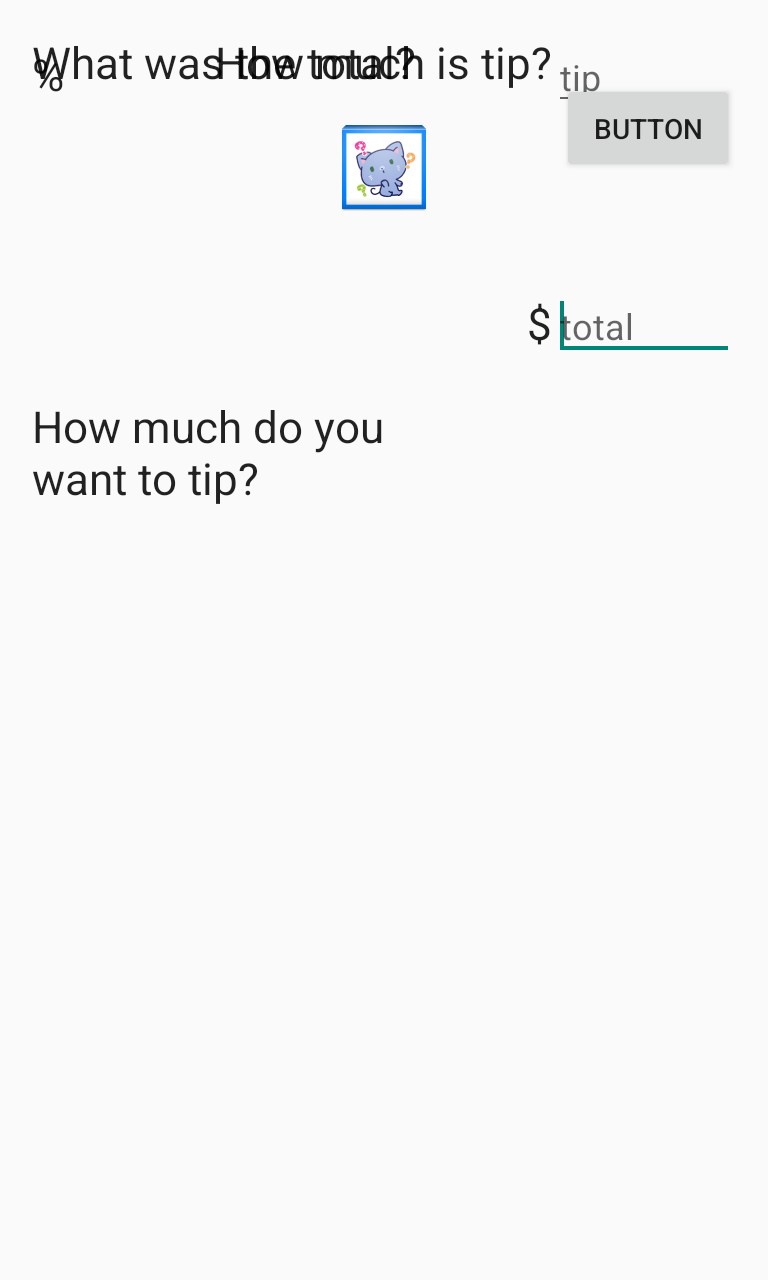
Repository: any027/BillHelper
Layout: BillHelper/res/layout/how_much_tip.xml
An editor plug-in stored every save of this project. The layout is shown before and after the next save, followed by the edit.
It is drawn on a 768 x 1280 px phone screen (xhdpi) without system bars, with theme AppTheme; the app's code is not run.

Above is the layout before, as saved 2015-06-29 09:05:40.

### BillHelper/res/layout/how_much_tip.xml

<RelativeLayout xmlns:android="http://schemas.android.com/apk/res/android"
    xmlns:tools="http://schemas.android.com/tools"
    android:layout_width="match_parent"
    android:layout_height="match_parent"
    android:paddingBottom="@dimen/activity_vertical_margin"
    android:paddingLeft="@dimen/activity_horizontal_margin"
    android:paddingRight="@dimen/activity_horizontal_margin"
    android:paddingTop="@dimen/activity_vertical_margin"
    tools:context="com.example.billhelper.MainActivity$PlaceholderFragment" >

    <TextView
        android:id="@+id/howMuchTitle"
        android:layout_width="wrap_content"
        android:layout_height="wrap_content"
        android:layout_centerHorizontal="true"
        android:text="@string/do_i_tip"
        android:textAppearance="?android:attr/textAppearanceLarge" />

    <ImageView
        android:id="@+id/how_much_pic"
        android:layout_width="wrap_content"
        android:layout_height="wrap_content"
        android:layout_below="@+id/howMuchTitle"
        android:layout_centerHorizontal="true"
        android:layout_marginTop="14dp"
        android:src="@drawable/how_much_tip" />

    <EditText
        android:id="@+id/how_much_total"
        android:layout_width="wrap_content"
        android:layout_height="wrap_content"
        android:layout_below="@+id/how_much_pic"
        android:layout_marginTop="33dp"
        android:layout_toRightOf="@+id/howMuchTitle"
        android:ems="10"
        android:hint="total"
        android:inputType="numberDecimal" >

        <requestFocus />
    </EditText>

    <TextView
        android:id="@+id/dollarSign"
        android:layout_width="wrap_content"
        android:layout_height="wrap_content"
        android:layout_alignBaseline="@+id/how_much_total"
        android:layout_alignBottom="@+id/how_much_total"
        android:layout_toLeftOf="@+id/how_much_total"
        android:text="$"
        android:textAppearance="?android:attr/textAppearanceLarge" />

    <TextView
        android:id="@+id/billQuestion"
        android:layout_width="wrap_content"
        android:layout_height="wrap_content"
        android:layout_alignBaseline="@+id/textView1"
        android:layout_alignBottom="@+id/textView1"
        android:layout_alignParentLeft="true"
        android:text="@string/bill_total"
        android:textAppearance="?android:attr/textAppearanceLarge" />

    <TextView
        android:id="@+id/percentSign"
        android:layout_width="wrap_content"
        android:layout_height="wrap_content"
        android:layout_alignLeft="@+id/billQuestion"
        android:layout_alignRight="@+id/billQuestion"
        android:layout_below="@+id/how_much_total"
        android:layout_marginTop="16dp"
        android:text="@string/percent_tip"
        android:textAppearance="?android:attr/textAppearanceLarge" />

    <EditText
        android:id="@+id/editText1"
        android:layout_width="wrap_content"
        android:layout_height="wrap_content"
        android:layout_alignBottom="@+id/textView2"
        android:layout_alignLeft="@+id/how_much_total"
        android:layout_alignParentRight="true"
        android:ems="10"
        android:inputType="number"
        android:hint="tip" />

    <TextView
        android:id="@+id/TextView01"
        android:layout_width="wrap_content"
        android:layout_height="wrap_content"
        android:layout_alignBaseline="@+id/editText1"
        android:layout_alignBottom="@+id/editText1"
        android:layout_alignLeft="@+id/textView1"
        android:text="%"
        android:textAppearance="?android:attr/textAppearanceLarge" />

    <Button
        android:id="@+id/button1"
        android:layout_width="wrap_content"
        android:layout_height="wrap_content"
        android:layout_alignLeft="@+id/textView2"
        android:layout_alignRight="@+id/editText1"
        android:layout_below="@+id/textView2"
        android:layout_marginTop="24dp"
        android:text="Button" />

</RelativeLayout>

### BillHelper/res/values/strings.xml
<?xml version="1.0" encoding="utf-8"?>
<resources>

    <string name="app_name">Bill helper</string>
    <string name="title_section1">Home Screen</string>
    <string name="title_section2">How much do I tip?</string>
    <string name="title_section3">How much did I tip?</string>
    <string name="title_section4">I want to split the Bill</string>
    <string name="navigation_drawer_open">Open navigation drawer</string>
    <string name="navigation_drawer_close">Close navigation drawer</string>
    <string name="action_example">Example action</string>
    <string name="action_settings">Settings</string>
    <string name="welcome">Welcome to Bill Helper!</string>
    <string name="welcome_question">What do you need help with?</string>
    <string name="did_i_tip">How much did I tip?</string>
    <string name="do_i_tip">How much is tip?</string>
    <string name="splitting">I want to split the bill</string>
    <string name="bill_total">What was the total?</string>
    <string name="percent_tip">How much do you want to tip?</string>

</resources>

Loaded but not shown: BillHelper/res/values/styles.xml (common file); BillHelper/res/values-v11/styles.xml (common file); BillHelper/res/values-v14/styles.xml (common file); BillHelper/res/values/dimens.xml (common file); BillHelper/res/values-w820dp/dimens.xml (common file)

After the next save:
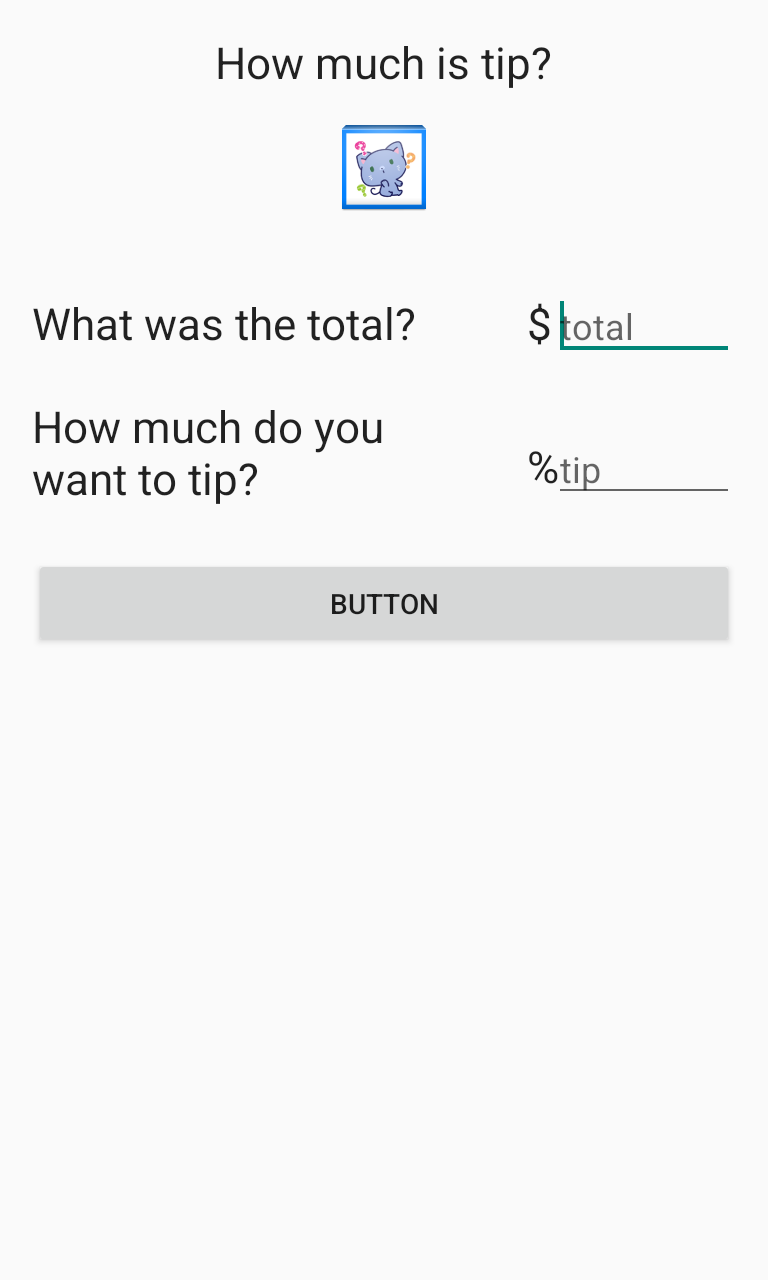
Saved 24 s later.
--- a/BillHelper/res/layout/how_much_tip.xml
+++ b/BillHelper/res/layout/how_much_tip.xml
@@ -41,7 +41,7 @@
     </EditText>
 
     <TextView
-        android:id="@+id/dollarSign"
+        android:id="@+id/textView1"
         android:layout_width="wrap_content"
         android:layout_height="wrap_content"
         android:layout_alignBaseline="@+id/how_much_total"
@@ -61,7 +61,7 @@
         android:textAppearance="?android:attr/textAppearanceLarge" />
 
     <TextView
-        android:id="@+id/percentSign"
+        android:id="@+id/textView2"
         android:layout_width="wrap_content"
         android:layout_height="wrap_content"
         android:layout_alignLeft="@+id/billQuestion"
